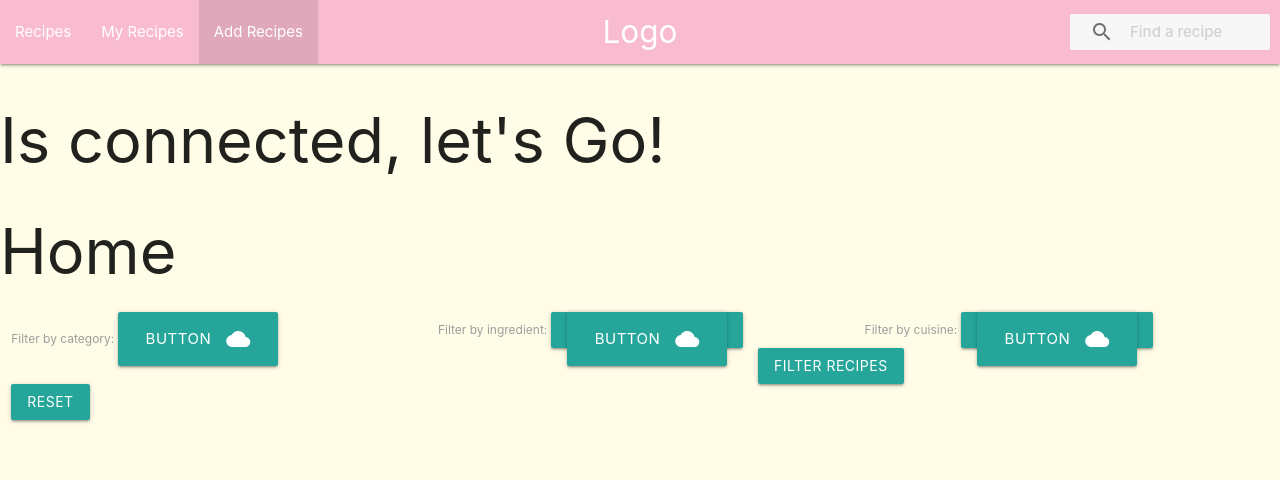
Repository: pazcm/cook-book
Page: templates/home.html
The author's editor kept a record of every edit. The page is drawn from the files as they stood at one moment, then again after the next edit.
The browser window is 1280 px wide. The pictures show the whole page.
Some web libraries are served in a nearby version. The page is served by the project's application, run on Flask 3 (app.py). The template is opened directly, without the code that normally fills it, so the values that code supplies are empty.

Above is the page before.

After the next edit:
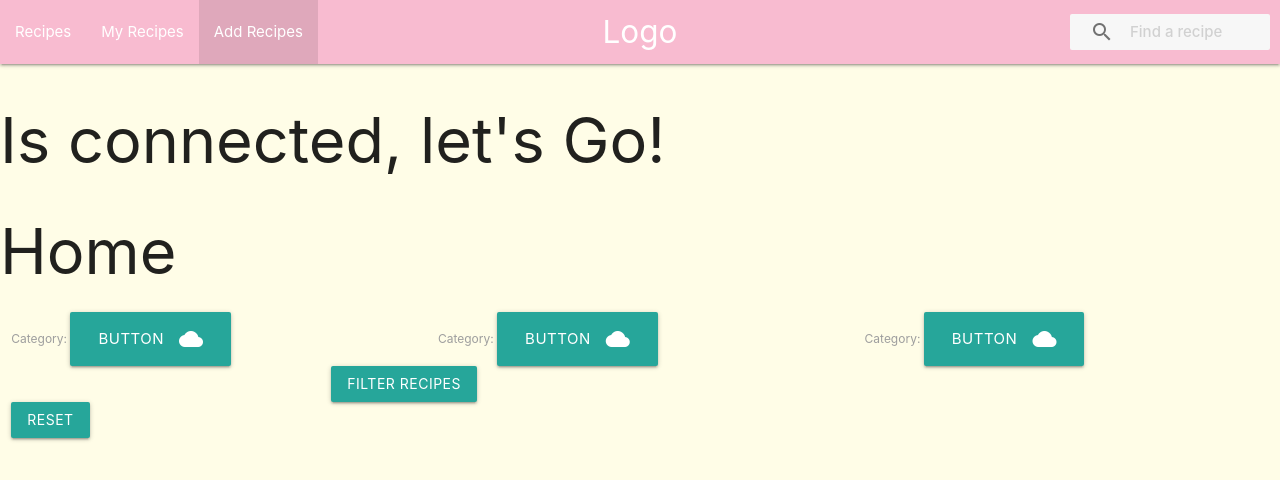
The edit:
--- a/templates/home.html
+++ b/templates/home.html
@@ -5,22 +5,16 @@
         <form action="/list_recipes" class="form-container" method="POST">
     <div class="form-row">
         <div class="col s12 offset-m4 l4 form-filter">
-            <label for="category" class="category-filter">Filter by category: </label>
-              <!--<button class="btn-category" type="button">-->
+            <label for="category" class="category-filter">Category: </label>
                 <a class="waves-effect waves-light btn-large"><i class="material-icons right">cloud</i>button</a>
-              <!--</button>  -->
         </div>
         <div class="col s12 offset-m4 l4 form-filter">
-            <label for="ingredient" class="ingredient-filter">Filter by ingredient: </label>
-              <button class="btn btn-ingredient" type="button">
+            <label for="category" class="category-filter">Category: </label>
                 <a class="waves-effect waves-light btn-large"><i class="material-icons right">cloud</i>button</a>
-              </button>
         </div>
         <div class="col s12 offset-m4 l4 form-filter">
-            <label for="cuisine" class="cuisine-filter">Filter by cuisine: </label>
-              <button class="btn btn-cuisine" type="button">
+            <label for="category" class="category-filter">Category: </label>
                 <a class="waves-effect waves-light btn-large"><i class="material-icons right">cloud</i>button</a>
-              </button>
         </div>
     </div>
         <!-- submit / reset -->
